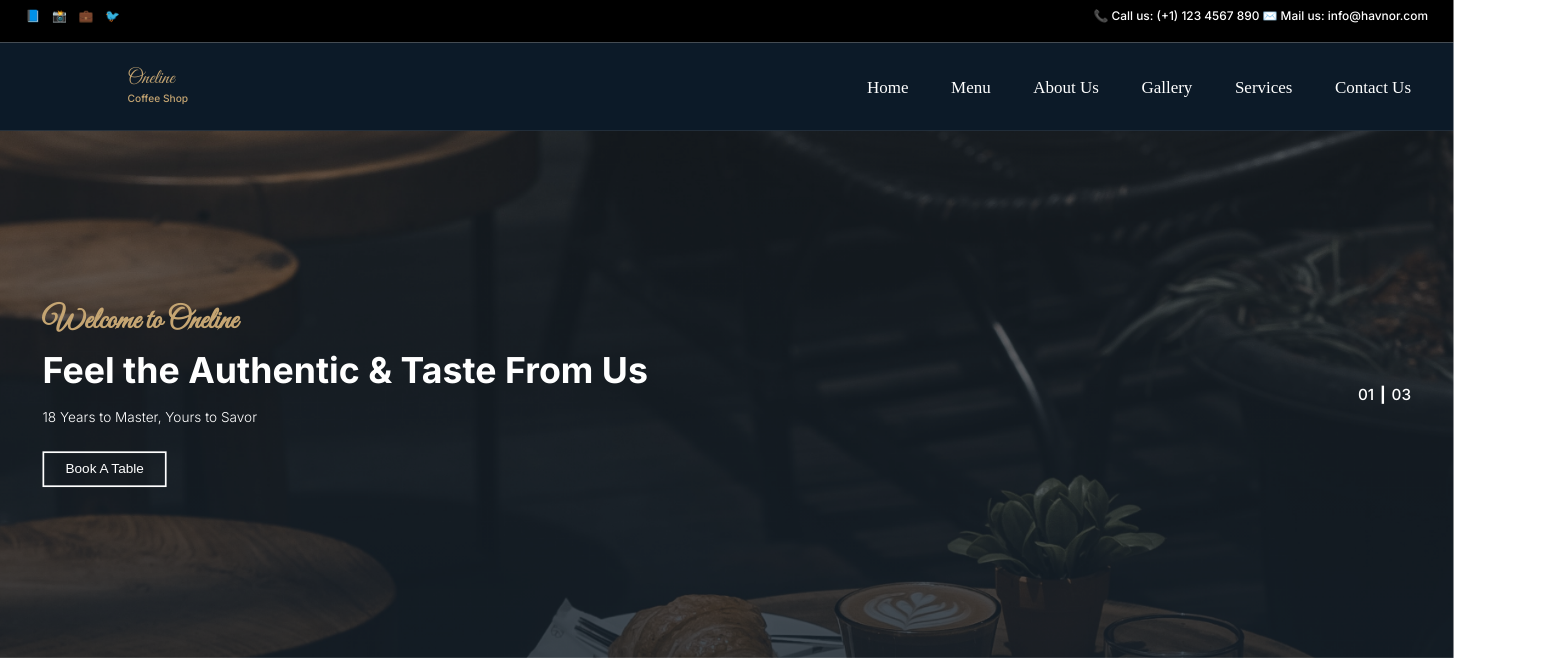
Repository: abhayzulasana/Online-Coffee-Shop
Page: index.html
These files come from the project's save history. The page is drawn as it stood at one moment and after the next save; the edit follows.
The browser window is 1280 px wide. The page is 1710 px wide, then 1828 px, so the pictures cover 1828 px, including what lies to the right of the window. The pictures show the whole page, at 85% of full size.

Above is the page before, as saved 2025-05-13 12:37:13.

After the next save:
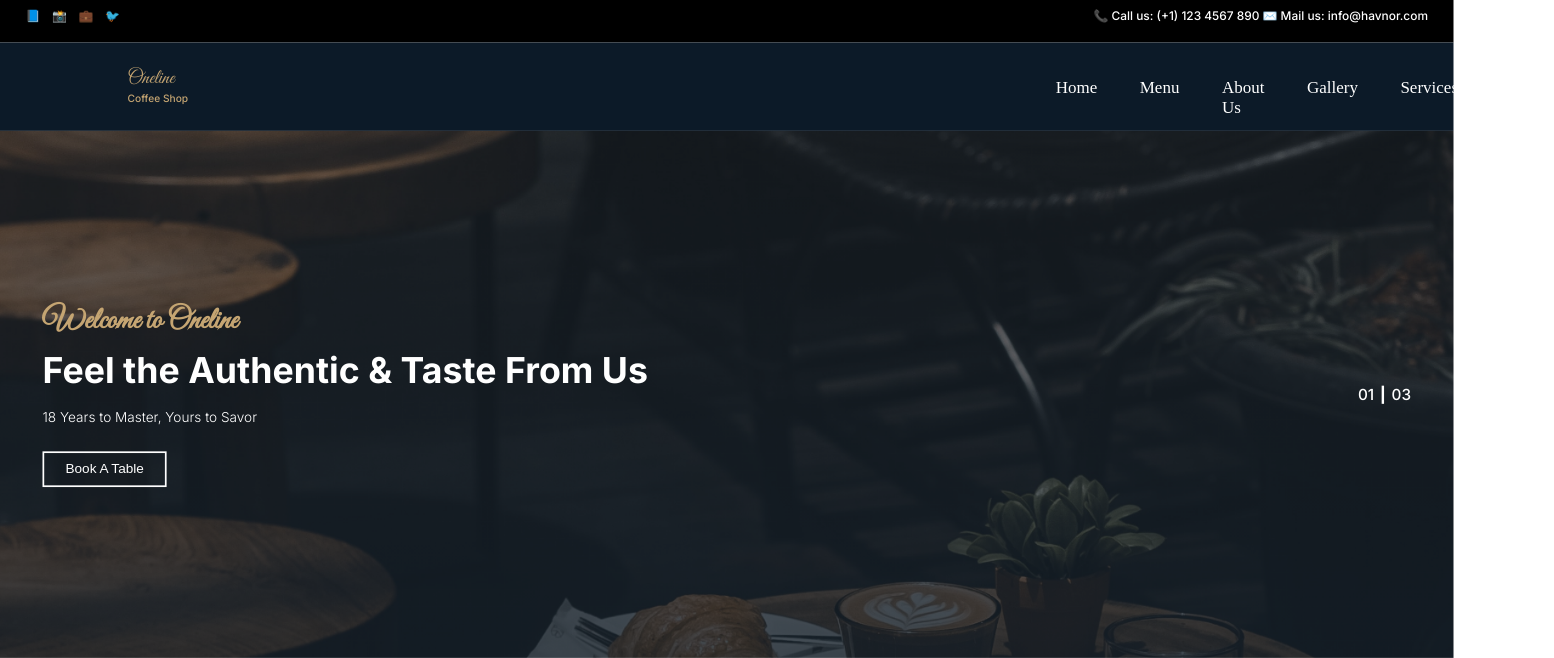
Saved 4 s later.
--- a/style.css
+++ b/style.css
@@ -74,7 +74,7 @@
   }
 
   .nav-links {
-    margin-left: px;
+    margin-left: 1000px;
 
     top: 88px;
 height: 24px;
